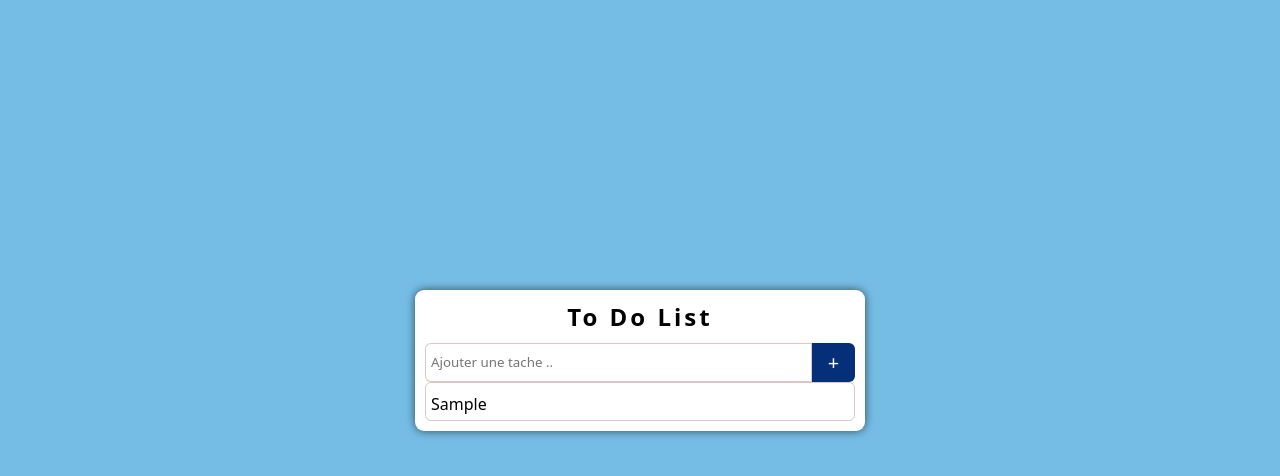
Repository: beva3/javaScrypt
Page: to-do-liste/index.html
These files come from the project's save history. The page is drawn as it stood at one moment and after the next save; the edit follows.
The browser window is 1280 px wide. The pictures show the whole page.
Empty fields were first filled with sample values (such as "Sample", 5 or name@example.com).
After loading, the first visible `#addTodo` was clicked once.

Above is the page before, as saved 2024-05-08 21:23:47.

### to-do-liste/index.html
<!DOCTYPE html>
<html lang="en">
<head>
    <meta charset="UTF-8">
    <link rel="stylesheet" href="style.css">
    <meta name="viewport" content="width=device-width, initial-scale=1.0">
    <title>to do list</title>
</head>
<body>
    <section>
        <h1>To do list</h1>
        <div class="container">
            <div class="full_input">
                <input type="text" name="" id="inputField" placeholder="Ajouter une tache ..">
                <button id="addTodo" onclick="addToDoButton()">+</button>
            </div>
            <div id="toDocontainer"></div>
        </div>
    </section>
    <script src="./script.js"></script>
</body>
</html>

### to-do-liste/style.css
*{
    margin: 0;
    padding: 0;
    box-sizing:border-box ;
    font-family:system-ui, -apple-system, BlinkMacSystemFont, 'Segoe UI', Roboto, Oxygen, Ubuntu, Cantarell, 'Open Sans', 'Helvetica Neue', sans-serif;
}
body{
    background-color: rgba(48, 155, 218, 0.658);
    display: flex;
    align-items: center;
    min-height: 100vh;
    justify-content: center;
}
section{
    background-color: white;
    padding:10px;
    width:450px;
    border-radius: 9px;
    box-shadow: 0 0 10px rgba(0,0,0,0.6);
}
h1{
    text-align: center;
    text-transform: capitalize;
    letter-spacing: 3px;
    margin-bottom: 10px;
}
.full_input{
    display: flex;
    align-items: center;
    justify-content: space-between;
    input{
        width: 90%;
        padding: 10px 5px;
        height: 39px;
        outline: none;
        border: 1px solid rgba(214, 186, 186, 0.822);
        border-radius: 6px 0 0 6px ;
    }
    button{
        width: 10%;
        height: 39px;
        border:0;
        border-radius: 0 6px 6px 0 ;
        background-color: rgb(6, 47, 122);
        font-size: 20px;
        color: white;
        cursor: pointer;
    }
}
.paragraph_style{
    width: 100%;
    padding: 10px 5px;
    height: 39px;
    border: 1px solid rgba(214, 186, 186, 0.822);
    background-color: ;
    border-radius: 6px;
}

### to-do-liste/script.js
let addToDoButton = document.getElementById('addTodo');             //!console.log(addToDoButton);
let addToDoContainer = document.getElementById('toDocontainer');    //!console.log(addToDoContainer);
let inputField = document.getElementById('inputField');             //!console.log(inputField);

addToDoButton.onclick = function(){
    // TODO: verify if the input field is not null
    if(inputField.value != ""){
        //  !console.log(inputField);
        //  !console.log(inputField.value);
        // TODO: create a paragraph
        var paragraph = document.createElement('p');
    }
    // TODO: valorizer this paragraph with the content of input
    paragraph.innerHTML = inputField.value;

    // TODO: add style
    paragraph.classList.add('paragraph_style');

    // TODO:insert this paragraph dans l'element of toDoContainer
    addToDoContainer.appendChild(paragraph);

    inputField.value = "";
}

After the next save:
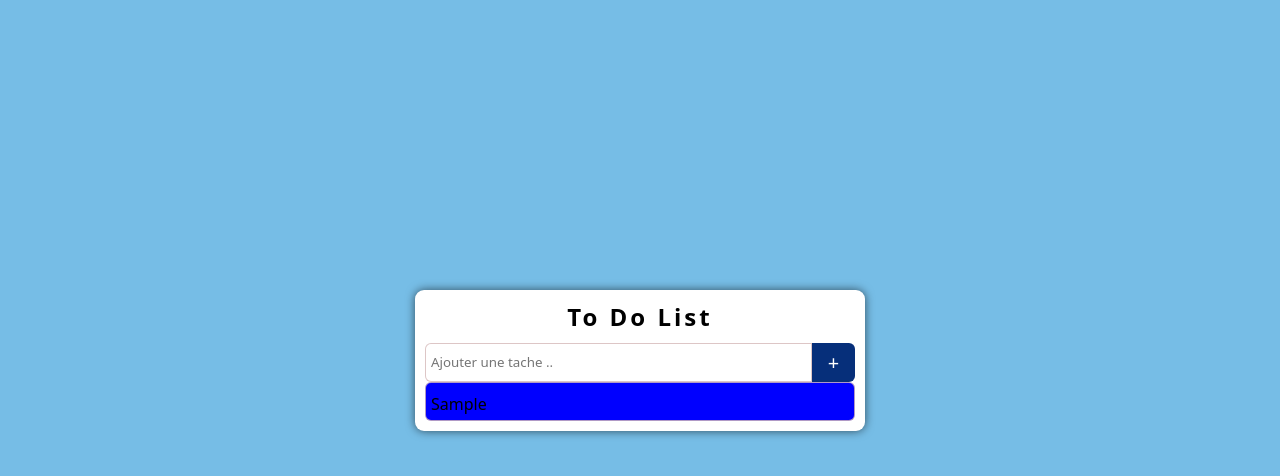
Saved 4 s later.
--- a/to-do-liste/style.css
+++ b/to-do-liste/style.css
@@ -52,6 +52,6 @@ h1{
     padding: 10px 5px;
     height: 39px;
     border: 1px solid rgba(214, 186, 186, 0.822);
-    background-color: ;
+    background-color: blue;
     border-radius: 6px;
 }
